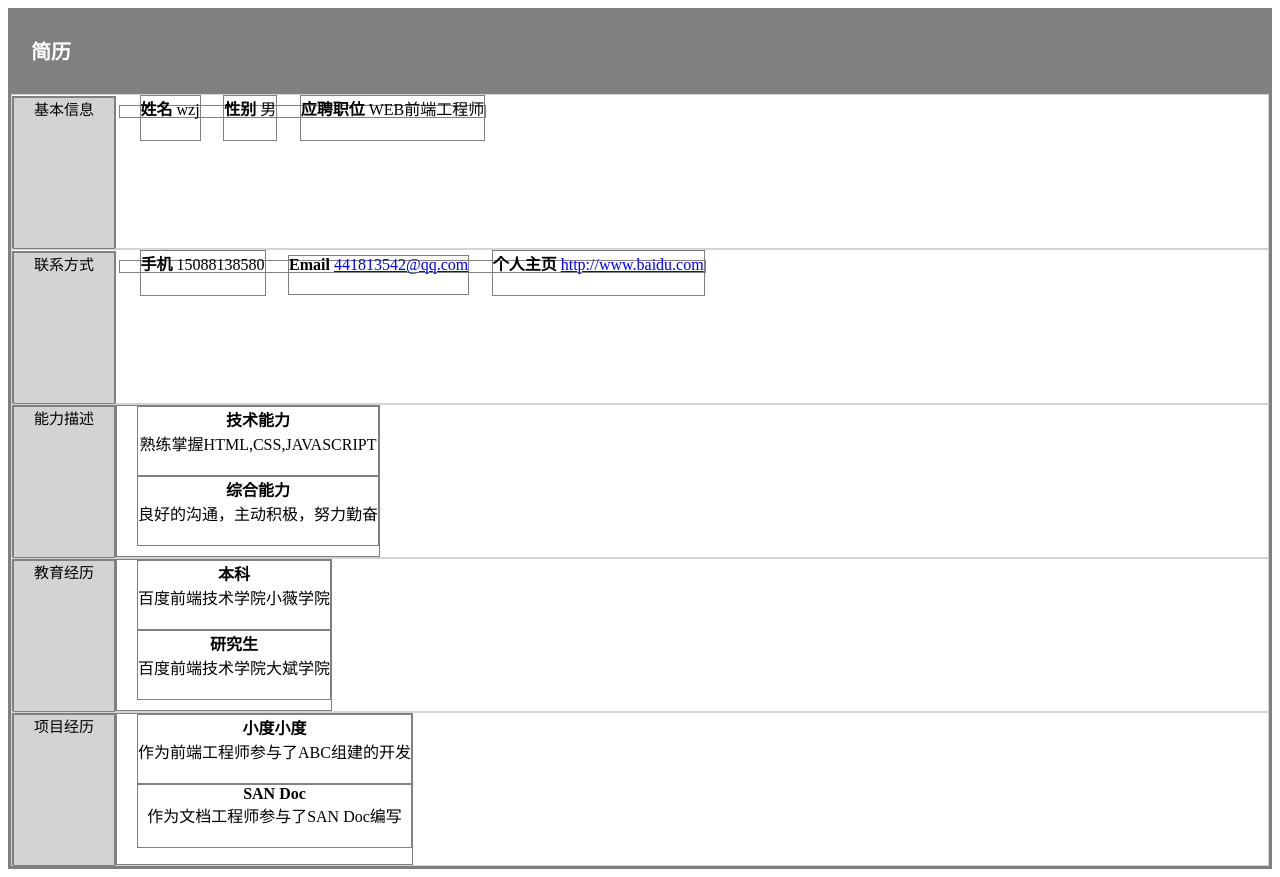
Repository: w441813542/webrecord
Page: day6_day7/jianli.html
An editor plug-in stored every save of this project. The page is shown before and after the next save, followed by the edit.
The browser window is 1280 px wide. The pictures show the whole page.

Above is the page before, as saved 2021-03-09 14:58:36.

### day6_day7/jianli.html
<!DOCTYPE html>
<html>

<head>
  <!-- <link rel="stylesheet" type="text/css" href="style_1.css" /> -->
  <!-- <link rel="stylesheet" type="text/css" href="style_2.css" /> -->
  <link rel="stylesheet" type="text/css" href="style_3.css" />
</head>

<body>
  <div class="box">
    <div class="left">
      <div class="caption">简历</div>
    </div>
    <div class="right">
      <div>
        <!-- <tr>
          <th rowspan="15" class="caption" align="center" valign="top">简历</th>
        </tr> -->
        <div class="part">
          <div class="part_left">
            <div class="th">基本信息</div>
          </div>
          <div class="part_right">
            <div class="td"><span>姓名</span> wzj</div>
            <div class="td"><span>性别</span> 男</div>
            <div class="td"><span>应聘职位</span> WEB前端工程师</div>
          </div>
        </div>
        <div class="part">
          <div class="part_left">
            <div class="th">联系方式</div>
          </div>
          <div class="part_right">
            <div class="td"><span>手机</span> 15088138580</div>
            <div class="td" ><span>Email</span> <a href="mailto:441813542@qq.com">441813542@qq.com</a></div>
            <div class="td"><span>个人主页</span> <a href="http://www.baidu.com">http://www.baidu.com</a></div>
          </div>
        </div>
        <div class="part flex">
          <div class="part_left">
            <div class="th">能力描述</div>
          </div>
          <div class="part_right">
            <div class="td msgtd block"><span class="block">技术能力</span> 熟练掌握HTML,CSS,JAVASCRIPT</div>
            <div class="td msgtd block"><span class="block">综合能力</span> 良好的沟通，主动积极，努力勤奋</div>
          </div>
        </div>
        <div class="part flex">
          <div class="part_left">
            <div class="th">教育经历</div>
          </div>
          <div class="part_right">
            <div class="td msgtd block"><span class="block">本科</span> 百度前端技术学院小薇学院</div>
            <div class="td msgtd block"><span class="block">研究生</span> 百度前端技术学院大斌学院</div>
          </div>
        </div>
        <div class="part flex">
          <div class="part_left">
            <div class="th">项目经历</div>
          </div>
          <div class="part_right">
            <div class="td msgtd block"><span class="block">小度小度</span> 作为前端工程师参与了ABC组建的开发</div>
            <div class="td msgtd block"><span class="block">SAN Doc</span> 作为文档工程师参与了SAN Doc编写</div>
          </div>
        </div>
      </div>

    </div>
  </div>
</body>

</html>

### day6_day7/style_3.css
html {
    font-size: 10px;
  }

  div{
    border: 1px solid gray;
  }

  .td {
    font-size: 1.6em;
    margin-left: 20px;
    padding-bottom: 20px;
    display: inline-block;
    text-align: center;
  }

  .th {
    font-size: 1.5em;
    text-align: center;
    display: inline-block;
    padding-left: 20px;
    padding-right: 20px;
    height: 150px;
    background: lightgray;
  }

  .caption {
    font-size: 2em;
    font-weight: bold;
    color: white;
    text-align: left;
    background: gray;
    padding-top: 25px;
    padding-left: 20px;
    padding-bottom: 25px;
  }

 .part{
   display: block;
   border: 1px solid lightgray;
 }

  .part_left{
    display: inline-block;
    height: 150px;
  }

  .part_right{
    display: inline;
    height: 150px;
  }

  span {
    font-weight: bold;
  }

  .box{
      display: block;
  }

  .flex{
    display: flex;
  }

  .block{
    display: block;
  }

After the next save:
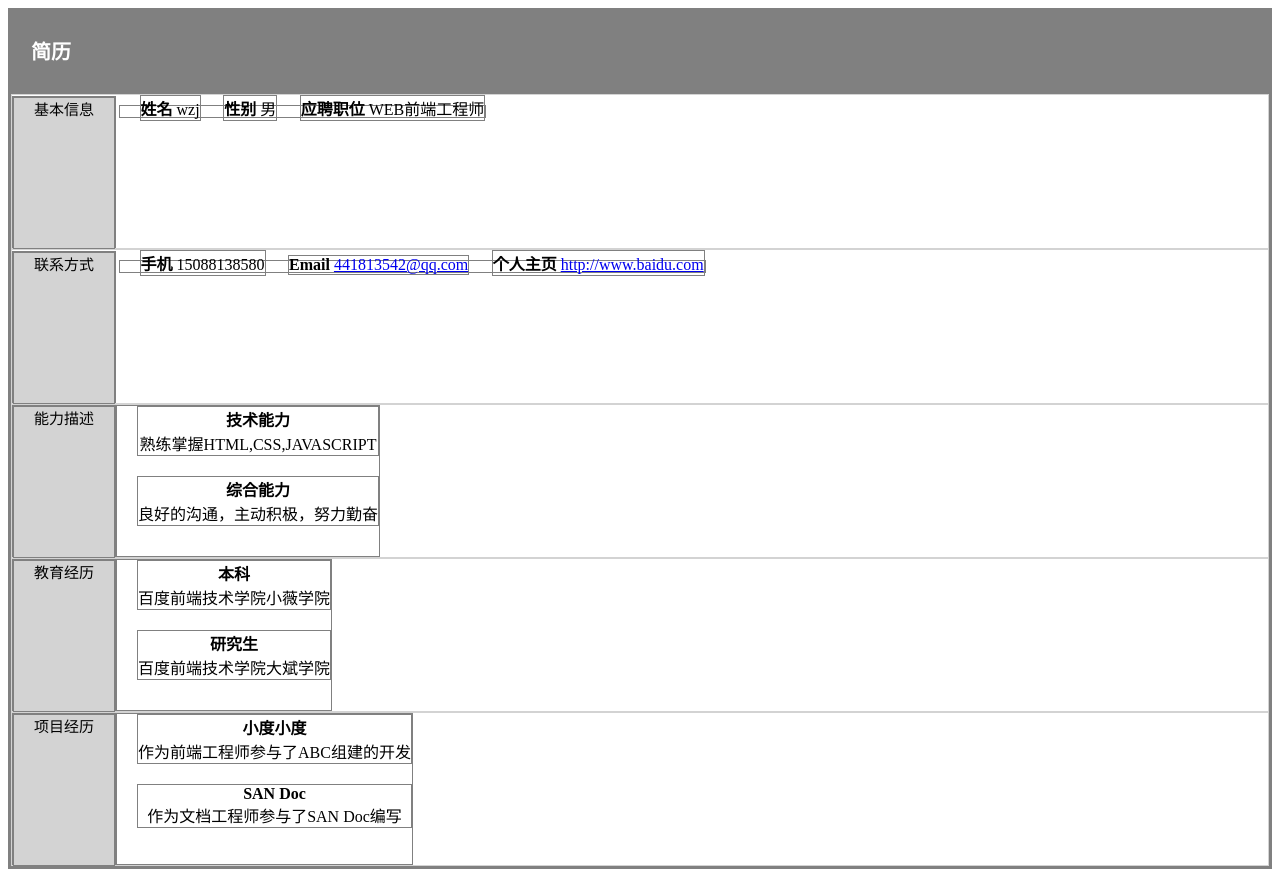
Saved 6 s later.
--- a/day6_day7/style_3.css
+++ b/day6_day7/style_3.css
@@ -9,7 +9,7 @@ html {
   .td {
     font-size: 1.6em;
     margin-left: 20px;
-    padding-bottom: 20px;
+    margin-bottom: 20px;
     display: inline-block;
     text-align: center;
   }
